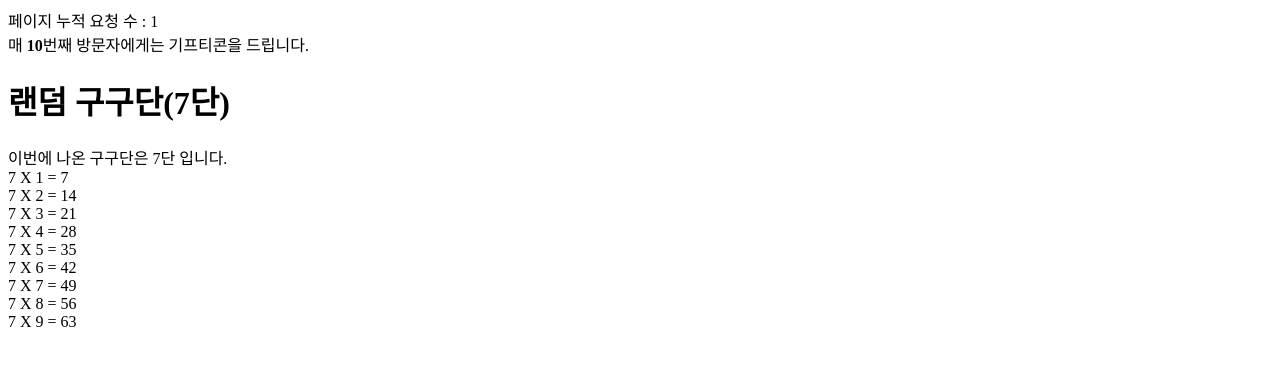
Repository: GITJIWOO/JavaBasic
Page: http://localhost/JSPBasic/Tag_quiz02.jsp
These files come from the project's save history. The page is drawn as it stood at one moment and after a run of saves; the edit follows.
The browser window is 1280 px wide. The pictures show the whole page.
The page is served by Tomcat 9.

Above is the page before, as saved 2021-07-29 07:54:42.

### JSPBasic/WebContent/Tag_quiz02.jsp
<%@ page language="java" contentType="text/html; charset=UTF-8"
    pageEncoding="UTF-8"%>
<%!
	int total = 0;
%>
<!DOCTYPE html>
<html>
<head>
<meta charset="UTF-8">
<title>Insert title here</title>
</head>
<body>
	<%
		total++;
		out.println("페이지 누적 요청 수 : " + total + "<br/>");
		out.println("매 <b>10</b>번째 방문자에게는 기프티콘을 드립니다.<br/>");
		if(total >= 10){
			out.println("당첨되셧습니다!!<br/>");
		}

		int ranNum = (int)((Math.random() * 8) + 2);

		out.println("<h1>랜덤 구구단(" + ranNum + "단)</h1>");
		out.println("이번에 나온 구구단은 " + ranNum + "단 입니다.<br/>");

		for(int i = ranNum; i == ranNum; i++){
			for(int j = 1; j <= 9; j++){
				out.println(i + " X " + j + " = " + (i * j) + "<br/>");
			}
		}
	%>
</body>
</html>

After the next 2 saves:
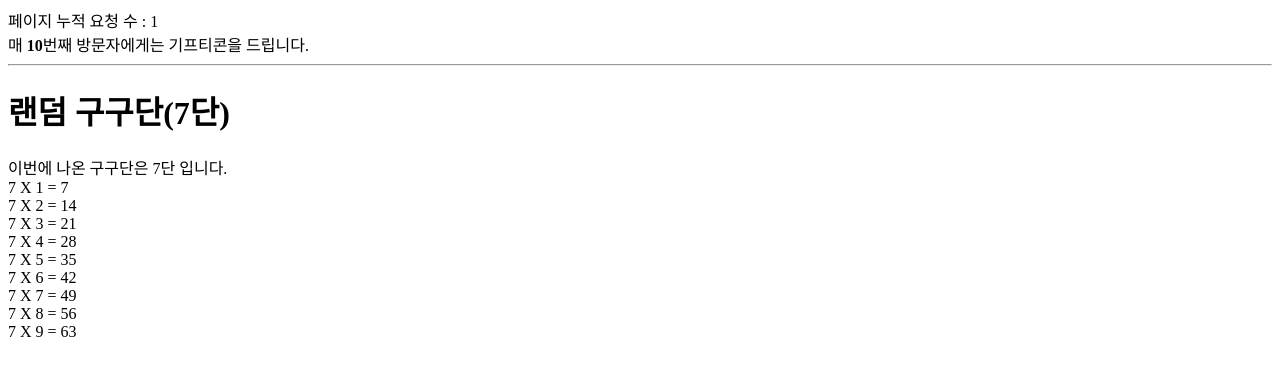
The 2 saves are shown as one change because 1 did not build or start.
The last was saved 51 s later.
--- a/JSPBasic/WebContent/Tag_quiz02.jsp
+++ b/JSPBasic/WebContent/Tag_quiz02.jsp
@@ -17,6 +17,7 @@
 		if(total >= 10){
 			out.println("당첨되셧습니다!!<br/>");
 		}
+		out.println("<hr/>");
 
 		int ranNum = (int)((Math.random() * 8) + 2);
 
